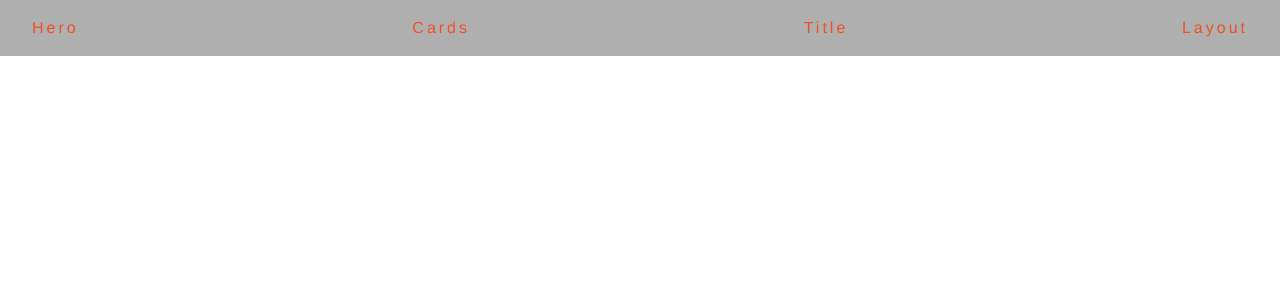
Repository: Ndifoinhilary/css_grid
Page: css-grid-learn/index.html
An editor plug-in stored every save of this project. The page is shown before and after the next save, followed by the edit.
The browser window is 1280 px wide. The pictures show the whole page.

Above is the page before, as saved 2024-01-28 10:21:01.

### css-grid-learn/index.html
<!DOCTYPE html>
<html lang="en">
<head>
    <meta charset="UTF-8">
    <meta name="viewport" content="width=device-width, initial-scale=1.0">
    <title>Css grid</title>
    <link rel="stylesheet" href="/fontawesome-free-5.12.1-web/css/all.min.css">
    <link rel="stylesheet" href="/css-grid-learn/main.css">
</head>
<body>

    <nav class="main-navbar">

            <ul class="nav-links">
                <li><a href="hero.html">hero</a></li>
                <li><a href="cards.html">cards</a></li>
                <li><a href="title.html">title</a></li>
                <li><a href="layout.html">layout</a></li>
            </ul>

    </nav>

   <!-- <a href="index.html" class="btn">back to top</a> -->
</body>
</html>

### css-grid-learn/main.css


:root{
    --primaryColor:#f15025;
    --mainBlack:#222;
    --mainWhite:#fff;
    --offwhite:#f7f7f7;
    --darkGrey:#afafaf;
    --mainTransition:all 0.3s linear;
    --mainSpacing:3px;
}



*{
    margin: 0;
    padding: 0;
    box-sizing: border-box;
}





/* root variables  */

body{
    font-family:'Franklin Gothic Medium', 'Arial Narrow', Arial, sans-serif;
    color: var(--mainBlack);
    background: var(--mainWhite);
    line-height: 1.5rem;
}

a {
    text-decoration: none;
}

ul{
    list-style-type: none;
}

img{
    width: 100%;
    display: block;
}


h1, h2, h3{
    text-transform: capitalize;
    letter-spacing:var(--mainSpacing);
    margin-bottom: 1.25rem;
}

h1{
    font-size: 3rem;
}

h2{
    font-size: 1.5rem;
    margin-bottom:0 ;
}
h1{
    font-size: 0.75rem;
}
p{
    font-weight: 300px;
    font-size: 0.6rem;
    line-height: 2;
}

.btn{
    display: inline-block;
    padding: 0.357rem 0.75rem;
    text-transform: capitalize;
    letter-spacing: 0.1rem;
    border: 3px solid var(--primaryColor);
    cursor: pointer;
    border-radius: 0.3rem;
    margin: 3rem;
    transition: var(--mainTransition);
}


.btn:hover{
    background: var(--primaryColor);
    color: var(--mainWhite);
}

/*
==============
navbar css here
==============
 */



.main-navbar{
   background: var(--darkGrey);
   padding: 0 2rem;
}

 .nav-links{
    display: flex;
    justify-content: space-between;
    flex-wrap: wrap;
 }

 .nav-links a {
    text-transform: capitalize;
    display: block;
    padding: 1rem 0;
    color: var(--primaryColor);
    letter-spacing: var(--mainSpacing);
    transition: var(--mainTransition);
}

.nav-links a:hover{
     color: var(--mainBlack);
}

Loaded but not shown: fontawesome-free-5.12.1-web/css/all.min.css (library)

After the next save:
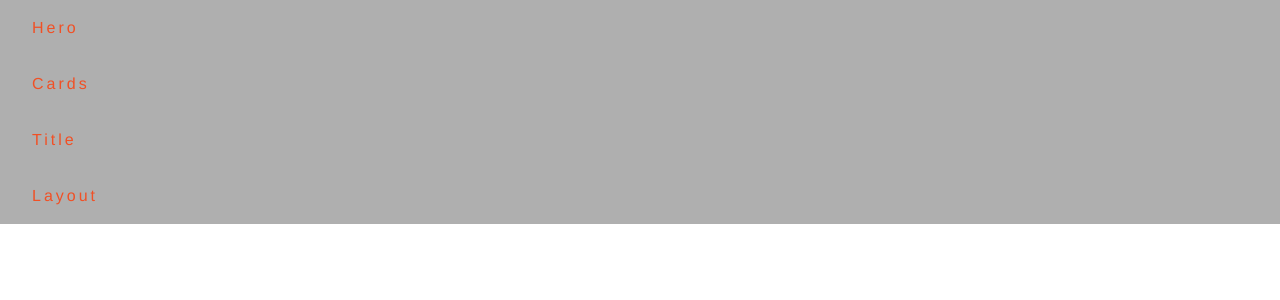
Saved 2 min 57 s later.
--- a/css-grid-learn/main.css
+++ b/css-grid-learn/main.css
@@ -99,11 +99,11 @@ navbar css here
    padding: 0 2rem;
 }
 
- .nav-links{
+ /* .nav-links{
     display: flex;
     justify-content: space-between;
     flex-wrap: wrap;
- }
+ } */
 
  .nav-links a {
     text-transform: capitalize;

After the 2 saves that followed:
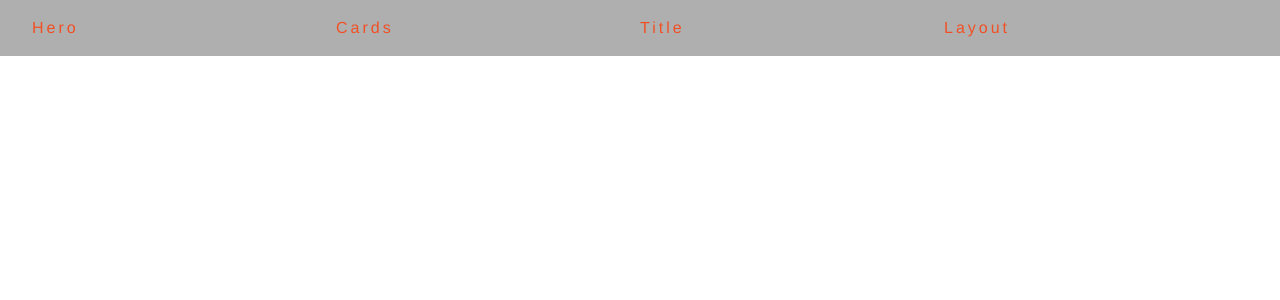
The 2 saves are shown as one change because 1 left the picture as it was.
The last was saved 2 min 11 s later.
--- a/css-grid-learn/main.css
+++ b/css-grid-learn/main.css
@@ -117,3 +117,11 @@ navbar css here
 .nav-links a:hover{
      color: var(--mainBlack);
 }
+
+
+@media screen and (min-width:992px) {
+    .nav-links{
+        display: grid;
+        grid-template-columns: 1fr 1fr 1fr 1fr;
+    }
+}
